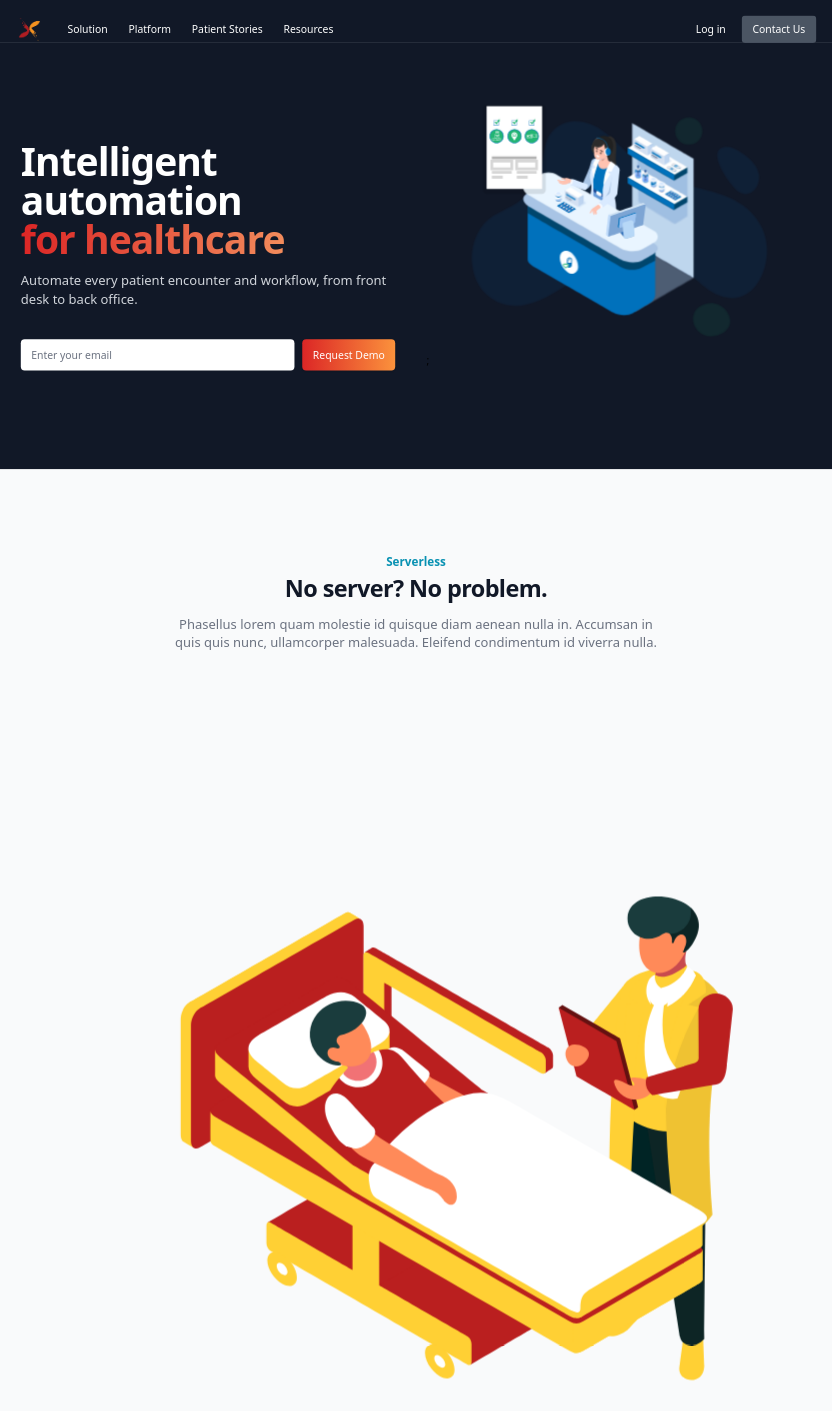
Repository: VinceBrun/medical-web3-app
Page: /
These files come from the project's save history. The page is drawn as it stood at one moment and after the next save; the edit follows.
The browser window is 1280 px wide. The pictures show the whole page, at 65% of full size.
The project was rebuilt for these pictures with package versions that can differ from the ones it lists, and the page was loaded fresh each time. The framework's server and built-in components were replaced by stand-ins that run in the browser. Also part of the build but not shown: next.config.js, styles/Home.module.css.

Above is the page before, as saved 2023-01-12 16:35:33.

### pages/index.js
import Head from "next/head";
import Image from "next/image";
import { Inter } from "@next/font/google";
import styles from "../styles/Home.module.css";
import Landing from "../components/Landing";

const inter = Inter({ subsets: ["latin"] });

export default function Home() {
  return (
    <>
      <Head>
        <title>Medical Records</title>
        <meta
          name="description"
          content="Medical Records kept safe on the blockchain"
        />
        <meta name="viewport" content="width=device-width, initial-scale=1" />
        <link rel="icon" href="/images/favicon.ico" />
      </Head>
      <main className="">
        <Landing />
      </main>
    </>
  );
}

### components/Landing.jsx
import React from "react";
import { Fragment } from "react";
import { Popover, Transition } from "@headlessui/react";
import {
  ArrowPathIcon,
  Bars3Icon,
  CloudArrowUpIcon,
  CogIcon,
  LockClosedIcon,
  ServerIcon,
  ShieldCheckIcon,
  XMarkIcon,
} from "@heroicons/react/24/outline";
import {
  ArrowTopRightOnSquareIcon,
  ChevronRightIcon,
} from "@heroicons/react/20/solid";
import Lottie from "lottie-react";
import medicalanimation from "../public/images/medicalanimation.json";
import medicalpatient from "../public/images/medicalpatient.json";
import onlinemedicalanimation from "../public/images/onlinemedicalanimation.json";

const navigation = [
  { name: "Solution", href: "#" },
  { name: "Platform", href: "#" },
  { name: "Patient Stories", href: "#" },
  { name: "Resources", href: "#" },
];
const features = [
  {
    name: "Push to Deploy",
    description:
      "Ac tincidunt sapien vehicula erat auctor pellentesque rhoncus. Et magna sit morbi vitae lobortis.",
    icon: CloudArrowUpIcon,
  },
  {
    name: "SSL Certificates",
    description:
      "Qui aut temporibus nesciunt vitae dicta repellat sit dolores pariatur. Temporibus qui illum aut.",
    icon: LockClosedIcon,
  },
  {
    name: "Simple Queues",
    description:
      "Rerum quas incidunt deleniti quaerat suscipit mollitia. Amet repellendus ut odit dolores qui.",
    icon: ArrowPathIcon,
  },
  {
    name: "Advanced Security",
    description:
      "Ullam laboriosam est voluptatem maxime ut mollitia commodi. Et dignissimos suscipit perspiciatis.",
    icon: ShieldCheckIcon,
  },
  {
    name: "Powerful API",
    description:
      "Ab a facere voluptatem in quia corrupti veritatis aliquam. Veritatis labore quaerat ipsum quaerat id.",
    icon: CogIcon,
  },
  {
    name: "Database Backups",
    description:
      "Quia qui et est officia cupiditate qui consectetur. Ratione similique et impedit ea ipsum et.",
    icon: ServerIcon,
  },
];
const blogPosts = [
  {
    id: 1,
    title: "Boost your conversion rate",
    href: "#",
    date: "Mar 16, 2020",
    datetime: "2020-03-16",
    category: { name: "Article", href: "#" },
    imageUrl:
      "https://images.unsplash.com/photo-1496128858413-b36217c2ce36?ixlib=rb-1.2.1&ixid=eyJhcHBfaWQiOjEyMDd9&auto=format&fit=crop&w=1679&q=80",
    preview:
      "Lorem ipsum dolor sit amet consectetur adipisicing elit. Architecto accusantium praesentium eius, ut atque fuga culpa, similique sequi cum eos quis dolorum.",
    author: {
      name: "Roel Aufderehar",
      imageUrl:
        "https://images.unsplash.com/photo-1472099645785-5658abf4ff4e?ixlib=rb-1.2.1&ixid=eyJhcHBfaWQiOjEyMDd9&auto=format&fit=facearea&facepad=2&w=256&h=256&q=80",
      href: "#",
    },
    readingLength: "6 min",
  },
  {
    id: 2,
    title: "How to use search engine optimization to drive sales",
    href: "#",
    date: "Mar 10, 2020",
    datetime: "2020-03-10",
    category: { name: "Video", href: "#" },
    imageUrl:
      "https://images.unsplash.com/photo-1547586696-ea22b4d4235d?ixlib=rb-1.2.1&ixid=eyJhcHBfaWQiOjEyMDd9&auto=format&fit=crop&w=1679&q=80",
    preview:
      "Lorem ipsum dolor sit amet consectetur adipisicing elit. Velit facilis asperiores porro quaerat doloribus, eveniet dolore. Adipisci tempora aut inventore optio animi., tempore temporibus quo laudantium.",
    author: {
      name: "Brenna Goyette",
      imageUrl:
        "https://images.unsplash.com/photo-1550525811-e5869dd03032?ixlib=rb-1.2.1&ixid=eyJhcHBfaWQiOjEyMDd9&auto=format&fit=facearea&facepad=2&w=256&h=256&q=80",
      href: "#",
    },
    readingLength: "4 min",
  },
  {
    id: 3,
    title: "Improve your customer experience",
    href: "#",
    date: "Feb 12, 2020",
    datetime: "2020-02-12",
    category: { name: "Case Study", href: "#" },
    imageUrl:
      "https://images.unsplash.com/photo-1492724441997-5dc865305da7?ixlib=rb-1.2.1&ixid=eyJhcHBfaWQiOjEyMDd9&auto=format&fit=crop&w=1679&q=80",
    preview:
      "Lorem ipsum dolor sit amet consectetur adipisicing elit. Sint harum rerum voluptatem quo recusandae magni placeat saepe molestiae, sed excepturi cumque corporis perferendis hic.",
    author: {
      name: "Daniela Metz",
      imageUrl:
        "https://images.unsplash.com/photo-1487412720507-e7ab37603c6f?ixlib=rb-1.2.1&ixid=eyJhcHBfaWQiOjEyMDd9&auto=format&fit=facearea&facepad=2&w=256&h=256&q=80",
      href: "#",
    },
    readingLength: "11 min",
  },
];
const footerNavigation = {
  solutions: [
    { name: "Marketing", href: "#" },
    { name: "Analytics", href: "#" },
    { name: "Commerce", href: "#" },
    { name: "Insights", href: "#" },
  ],
  support: [
    { name: "Pricing", href: "#" },
    { name: "Documentation", href: "#" },
    { name: "Guides", href: "#" },
    { name: "API Status", href: "#" },
  ],
  company: [
    { name: "About", href: "#" },
    { name: "Blog", href: "#" },
    { name: "Jobs", href: "#" },
    { name: "Press", href: "#" },
    { name: "Partners", href: "#" },
  ],
  legal: [
    { name: "Claim", href: "#" },
    { name: "Privacy", href: "#" },
    { name: "Terms", href: "#" },
  ],
  social: [
    {
      name: "Facebook",
      href: "#",
      icon: (props) => (
        <svg fill="currentColor" viewBox="0 0 24 24" {...props}>
          <path
            fillRule="evenodd"
            d="M22 12c0-5.523-4.477-10-10-10S2 6.477 2 12c0 4.991 3.657 9.128 8.438 9.878v-6.987h-2.54V12h2.54V9.797c0-2.506 1.492-3.89 3.777-3.89 1.094 0 2.238.195 2.238.195v2.46h-1.26c-1.243 0-1.63.771-1.63 1.562V12h2.773l-.443 2.89h-2.33v6.988C18.343 21.128 22 16.991 22 12z"
            clipRule="evenodd"
          />
        </svg>
      ),
    },
    {
      name: "Instagram",
      href: "#",
      icon: (props) => (
        <svg fill="currentColor" viewBox="0 0 24 24" {...props}>
          <path
            fillRule="evenodd"
            d="M12.315 2c2.43 0 2.784.013 3.808.06 1.064.049 1.791.218 2.427.465a4.902 4.902 0 011.772 1.153 4.902 4.902 0 011.153 1.772c.247.636.416 1.363.465 2.427.048 1.067.06 1.407.06 4.123v.08c0 2.643-.012 2.987-.06 4.043-.049 1.064-.218 1.791-.465 2.427a4.902 4.902 0 01-1.153 1.772 4.902 4.902 0 01-1.772 1.153c-.636.247-1.363.416-2.427.465-1.067.048-1.407.06-4.123.06h-.08c-2.643 0-2.987-.012-4.043-.06-1.064-.049-1.791-.218-2.427-.465a4.902 4.902 0 01-1.772-1.153 4.902 4.902 0 01-1.153-1.772c-.247-.636-.416-1.363-.465-2.427-.047-1.024-.06-1.379-.06-3.808v-.63c0-2.43.013-2.784.06-3.808.049-1.064.218-1.791.465-2.427a4.902 4.902 0 011.153-1.772A4.902 4.902 0 015.45 2.525c.636-.247 1.363-.416 2.427-.465C8.901 2.013 9.256 2 11.685 2h.63zm-.081 1.802h-.468c-2.456 0-2.784.011-3.807.058-.975.045-1.504.207-1.857.344-.467.182-.8.398-1.15.748-.35.35-.566.683-.748 1.15-.137.353-.3.882-.344 1.857-.047 1.023-.058 1.351-.058 3.807v.468c0 2.456.011 2.784.058 3.807.045.975.207 1.504.344 1.857.182.466.399.8.748 1.15.35.35.683.566 1.15.748.353.137.882.3 1.857.344 1.054.048 1.37.058 4.041.058h.08c2.597 0 2.917-.01 3.96-.058.976-.045 1.505-.207 1.858-.344.466-.182.8-.398 1.15-.748.35-.35.566-.683.748-1.15.137-.353.3-.882.344-1.857.048-1.055.058-1.37.058-4.041v-.08c0-2.597-.01-2.917-.058-3.96-.045-.976-.207-1.505-.344-1.858a3.097 3.097 0 00-.748-1.15 3.098 3.098 0 00-1.15-.748c-.353-.137-.882-.3-1.857-.344-1.023-.047-1.351-.058-3.807-.058zM12 6.865a5.135 5.135 0 110 10.27 5.135 5.135 0 010-10.27zm0 1.802a3.333 3.333 0 100 6.666 3.333 3.333 0 000-6.666zm5.338-3.205a1.2 1.2 0 110 2.4 1.2 1.2 0 010-2.4z"
            clipRule="evenodd"
          />
        </svg>
      ),
    },
    {
      name: "Twitter",
      href: "#",
      icon: (props) => (
        <svg fill="currentColor" viewBox="0 0 24 24" {...props}>
          <path d="M8.29 20.251c7.547 0 11.675-6.253 11.675-11.675 0-.178 0-.355-.012-.53A8.348 8.348 0 0022 5.92a8.19 8.19 0 01-2.357.646 4.118 4.118 0 001.804-2.27 8.224 8.224 0 01-2.605.996 4.107 4.107 0 00-6.993 3.743 11.65 11.65 0 01-8.457-4.287 4.106 4.106 0 001.27 5.477A4.072 4.072 0 012.8 9.713v.052a4.105 4.105 0 003.292 4.022 4.095 4.095 0 01-1.853.07 4.108 4.108 0 003.834 2.85A8.233 8.233 0 012 18.407a11.616 11.616 0 006.29 1.84" />
        </svg>
      ),
    },
    {
      name: "GitHub",
      href: "#",
      icon: (props) => (
        <svg fill="currentColor" viewBox="0 0 24 24" {...props}>
          <path
            fillRule="evenodd"
            d="M12 2C6.477 2 2 6.484 2 12.017c0 4.425 2.865 8.18 6.839 9.504.5.092.682-.217.682-.483 0-.237-.008-.868-.013-1.703-2.782.605-3.369-1.343-3.369-1.343-.454-1.158-1.11-1.466-1.11-1.466-.908-.62.069-.608.069-.608 1.003.07 1.531 1.032 1.531 1.032.892 1.53 2.341 1.088 2.91.832.092-.647.35-1.088.636-1.338-2.22-.253-4.555-1.113-4.555-4.951 0-1.093.39-1.988 1.029-2.688-.103-.253-.446-1.272.098-2.65 0 0 .84-.27 2.75 1.026A9.564 9.564 0 0112 6.844c.85.004 1.705.115 2.504.337 1.909-1.296 2.747-1.027 2.747-1.027.546 1.379.202 2.398.1 2.651.64.7 1.028 1.595 1.028 2.688 0 3.848-2.339 4.695-4.566 4.943.359.309.678.92.678 1.855 0 1.338-.012 2.419-.012 2.747 0 .268.18.58.688.482A10.019 10.019 0 0022 12.017C22 6.484 17.522 2 12 2z"
            clipRule="evenodd"
          />
        </svg>
      ),
    },
    {
      name: "Dribbble",
      href: "#",
      icon: (props) => (
        <svg fill="currentColor" viewBox="0 0 24 24" {...props}>
          <path
            fillRule="evenodd"
            d="M12 2C6.48 2 2 6.48 2 12s4.48 10 10 10c5.51 0 10-4.48 10-10S17.51 2 12 2zm6.605 4.61a8.502 8.502 0 011.93 5.314c-.281-.054-3.101-.629-5.943-.271-.065-.141-.12-.293-.184-.445a25.416 25.416 0 00-.564-1.236c3.145-1.28 4.577-3.124 4.761-3.362zM12 3.475c2.17 0 4.154.813 5.662 2.148-.152.216-1.443 1.941-4.48 3.08-1.399-2.57-2.95-4.675-3.189-5A8.687 8.687 0 0112 3.475zm-3.633.803a53.896 53.896 0 013.167 4.935c-3.992 1.063-7.517 1.04-7.896 1.04a8.581 8.581 0 014.729-5.975zM3.453 12.01v-.26c.37.01 4.512.065 8.775-1.215.25.477.477.965.694 1.453-.109.033-.228.065-.336.098-4.404 1.42-6.747 5.303-6.942 5.629a8.522 8.522 0 01-2.19-5.705zM12 20.547a8.482 8.482 0 01-5.239-1.8c.152-.315 1.888-3.656 6.703-5.337.022-.01.033-.01.054-.022a35.318 35.318 0 011.823 6.475 8.4 8.4 0 01-3.341.684zm4.761-1.465c-.086-.52-.542-3.015-1.659-6.084 2.679-.423 5.022.271 5.314.369a8.468 8.468 0 01-3.655 5.715z"
            clipRule="evenodd"
          />
        </svg>
      ),
    },
  ],
};

export default function Landing() {
  return (
    <div className="bg-white">
      <div className="relative overflow-hidden">
        <Popover as="header" className="relative">
          <div className="bg-gray-900 pt-6">
            <nav
              className="relative mx-auto flex max-w-7xl items-center justify-between px-4 sm:px-6"
              aria-label="Global"
            >
              <div className="flex flex-1 items-center">
                <div className="flex w-full items-center justify-between md:w-auto">
                  <a href="#">
                    <span className="sr-only">Curioosityxploring</span>
                    <img
                      className="h-8 w-auto sm:h-10"
                      src="/images/curiositylogo.png"
                      alt=""
                    />
                  </a>
                  <div className="-mr-2 flex items-center md:hidden">
                    <Popover.Button className="focus-ring-inset inline-flex items-center justify-center rounded-md bg-gray-900 p-2 text-gray-400 hover:bg-gray-800 focus:outline-none focus:ring-2 focus:ring-white">
                      <span className="sr-only">Open main menu</span>
                      <Bars3Icon className="h-6 w-6" aria-hidden="true" />
                    </Popover.Button>
                  </div>
                </div>
                <div className="hidden space-x-8 md:ml-10 md:flex">
                  {navigation.map((item) => (
                    <a
                      key={item.name}
                      href={item.href}
                      className="text-base font-medium text-white hover:text-gray-300"
                    >
                      {item.name}
                    </a>
                  ))}
                </div>
              </div>
              <div className="hidden md:flex md:items-center md:space-x-6">
                <a
                  href="#"
                  className="text-base font-medium text-white hover:text-gray-300"
                >
                  Log in
                </a>
                <a
                  href="#"
                  className="inline-flex items-center rounded-md border border-transparent bg-gray-600 px-4 py-2 text-base font-medium text-white hover:bg-gray-700"
                >
                  Contact Us
                </a>
              </div>
            </nav>
          </div>

          <Transition
            as={Fragment}
            enter="duration-150 ease-out"
            enterFrom="opacity-0 scale-95"
            enterTo="opacity-100 scale-100"
            leave="duration-100 ease-in"
            leaveFrom="opacity-100 scale-100"
            leaveTo="opacity-0 scale-95"
          >
            <Popover.Panel
              focus
              className="absolute inset-x-0 top-0 origin-top transform p-2 transition md:hidden"
            >
              <div className="overflow-hidden rounded-lg bg-white shadow-md ring-1 ring-black ring-opacity-5">
                <div className="flex items-center justify-between px-5 pt-4">
                  <div>
                    <img
                      className="h-8 w-auto"
                      src="/images/curiositylogo.png"
                      alt=""
                    />
                  </div>
                  <div className="-mr-2">
                    <Popover.Button className="inline-flex items-center justify-center rounded-md bg-white p-2 text-gray-400 hover:bg-gray-100 focus:outline-none focus:ring-2 focus:ring-inset focus:ring-cyan-600">
                      <span className="sr-only">Close menu</span>
                      <XMarkIcon className="h-6 w-6" aria-hidden="true" />
                    </Popover.Button>
                  </div>
                </div>
                <div className="pt-5 pb-6">
                  <div className="space-y-1 px-2">
                    {navigation.map((item) => (
                      <a
                        key={item.name}
                        href={item.href}
                        className="block rounded-md px-3 py-2 text-base font-medium text-gray-900 hover:bg-gray-50"
                      >
                        {item.name}
                      </a>
                    ))}
                  </div>
                  <div className="mt-6 px-5">
                    <a
                      href="#"
                      className="block w-full rounded-md bg-gradient-to-r from-orange-500 to-red-800 py-3 px-4 text-center font-medium text-white shadow hover:from-teal-600 hover:to-cyan-700"
                    >
                      Contact Us
                    </a>
                  </div>
                  <div className="mt-6 px-5">
                    <p className="text-center text-base font-medium text-gray-500">
                      Existing customer?{" "}
                      <a href="#" className="text-gray-900 hover:underline">
                        Login
                      </a>
                    </p>
                  </div>
                </div>
              </div>
            </Popover.Panel>
          </Transition>
        </Popover>
        <main>
          <div className="bg-gray-900 pt-10 sm:pt-16 lg:overflow-hidden lg:pt-8 lg:pb-14">
            <div className="mx-auto max-w-7xl lg:px-8">
              <div className="lg:grid lg:grid-cols-2 lg:gap-8">
                <div className="mx-auto max-w-md px-4 sm:max-w-2xl sm:px-6 sm:text-center lg:flex lg:items-center lg:px-0 lg:text-left">
                  <div className="lg:py-24">
                    <h1 className="mt-4 text-4xl font-bold tracking-tight text-white sm:mt-5 sm:text-6xl lg:mt-6 xl:text-6xl">
                      <span className="block">Intelligent automation</span>
                      <span className="block bg-gradient-to-r from-red-600 to-orange-300 bg-clip-text pb-3 text-transparent sm:pb-5">
                        for healthcare
                      </span>
                    </h1>
                    <p className="text-base text-gray-300 sm:text-xl lg:text-lg xl:text-xl">
                      Automate every patient encounter and workflow, from front
                      desk to back office.
                    </p>
                    <div className="mt-10 sm:mt-12">
                      <form
                        action="#"
                        className="sm:mx-auto sm:max-w-xl lg:mx-0"
                      >
                        <div className="sm:flex">
                          <div className="min-w-0 flex-1">
                            <label htmlFor="email" className="sr-only">
                              Email address
                            </label>
                            <input
                              id="email"
                              type="email"
                              placeholder="Enter your email"
                              className="block w-full rounded-md border-0 px-4 py-3 text-base text-gray-900 placeholder-gray-500 focus:outline-none focus:ring-2 focus:ring-cyan-400 focus:ring-offset-2 focus:ring-offset-gray-900"
                            />
                          </div>
                          <div className="mt-3 sm:mt-0 sm:ml-3">
                            <button
                              type="submit"
                              className="block w-full rounded-md bg-gradient-to-r from-red-600 to-orange-400 py-3 px-4 font-medium text-white shadow hover:from-teal-600 hover:to-cyan-700 focus:outline-none focus:ring-2 focus:ring-cyan-400 focus:ring-offset-2 focus:ring-offset-gray-900"
                            >
                              Request Demo
                            </button>
                          </div>
                        </div>
                      </form>
                    </div>
                  </div>
                </div>
                <div className="mt-12 -mb-16 sm:-mb-48 lg:relative lg:m-0">
                  {/* <div className="mx-auto max-w-md px-4 sm:max-w-2xl sm:px-6 lg:max-w-none lg:px-0">
                    <img
                      className="w-full lg:absolute lg:inset-y-0 lg:left-0 lg:h-full lg:w-auto lg:max-w-none"
                      src="/images/pharmacy.mp4"
                      alt=""
                    />
                  </div> */}
                  <Lottie animationData={medicalanimation} loop={true} />;
                  {/* <Lottie animationData={onlinemedicalanimation} loop={true} /> */}
                </div>
              </div>
            </div>
          </div>

          {/* Feature section with screenshot */}
          <div className="relative bg-gray-50 pt-16 sm:pt-24 lg:pt-32">
            <div className="mx-auto max-w-md px-6 text-center sm:max-w-3xl lg:max-w-7xl lg:px-8">
              <div>
                <h2 className="text-lg font-semibold text-cyan-600">
                  Serverless
                </h2>
                <p className="mt-2 text-3xl font-bold tracking-tight text-gray-900 sm:text-4xl">
                  No server? No problem.
                </p>
                <p className="mx-auto mt-5 max-w-prose text-xl text-gray-500">
                  Phasellus lorem quam molestie id quisque diam aenean nulla in.
                  Accumsan in quis quis nunc, ullamcorper malesuada. Eleifend
                  condimentum id viverra nulla.
                </p>
              </div>
              <div className="mt-12 p-10 -mb-10 sm:-mb-24 lg:-mb-80">
                <Lottie animationData={medicalpatient} loop={true} />;
              </div>
            </div>
          </div>

          {/* Feature section with grid */}

          {/* Testimonial section */}

          {/* Blog section */}

          {/* CTA Section */}
        </main>
        <footer className="bg-gray-50" aria-labelledby="footer-heading">
          <h2 id="footer-heading" className="sr-only">
            Footer
          </h2>
          <div className="mx-auto max-w-md px-4 pt-12 sm:max-w-7xl sm:px-6 lg:px-8 lg:pt-16">
            <div className="xl:grid xl:grid-cols-3 xl:gap-8"></div>
            <div className="mt-12 border-t border-gray-200 py-8">
              <p className="text-base text-gray-400 xl:text-center">
                &copy; 2023 Curiosityxploring, Inc. All rights reserved.
              </p>
            </div>
          </div>
        </footer>
      </div>
    </div>
  );
}

Loaded but not shown: pages/_app.js (common file); pages/_document.js (common file); styles/globals.css (common file); tailwind.config.js (common file); public/images/medicalanimation.json (1 lines, source omitted); public/images/onlinemedicalanimation.json (1 lines, source omitted); public/images/medicalpatient.json (1 lines, source omitted)

After the next save:
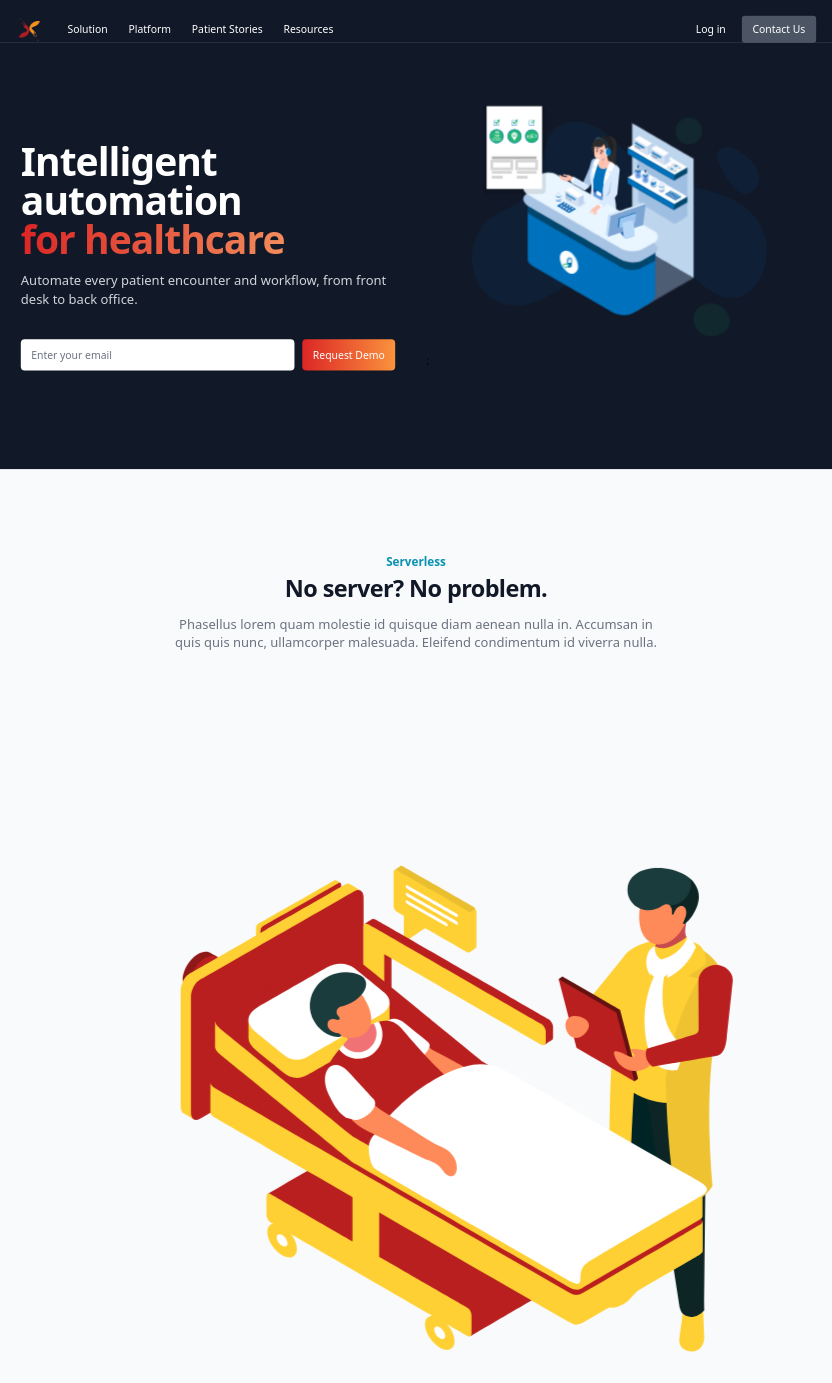
Saved 9 s later.
--- a/components/Landing.jsx
+++ b/components/Landing.jsx
@@ -408,7 +408,7 @@ export default function Landing() {
                   condimentum id viverra nulla.
                 </p>
               </div>
-              <div className="mt-12 p-10 -mb-10 sm:-mb-24 lg:-mb-80">
+              <div className="mt-1 p-10 -mb-10 sm:-mb-24 lg:-mb-80">
                 <Lottie animationData={medicalpatient} loop={true} />;
               </div>
             </div>
